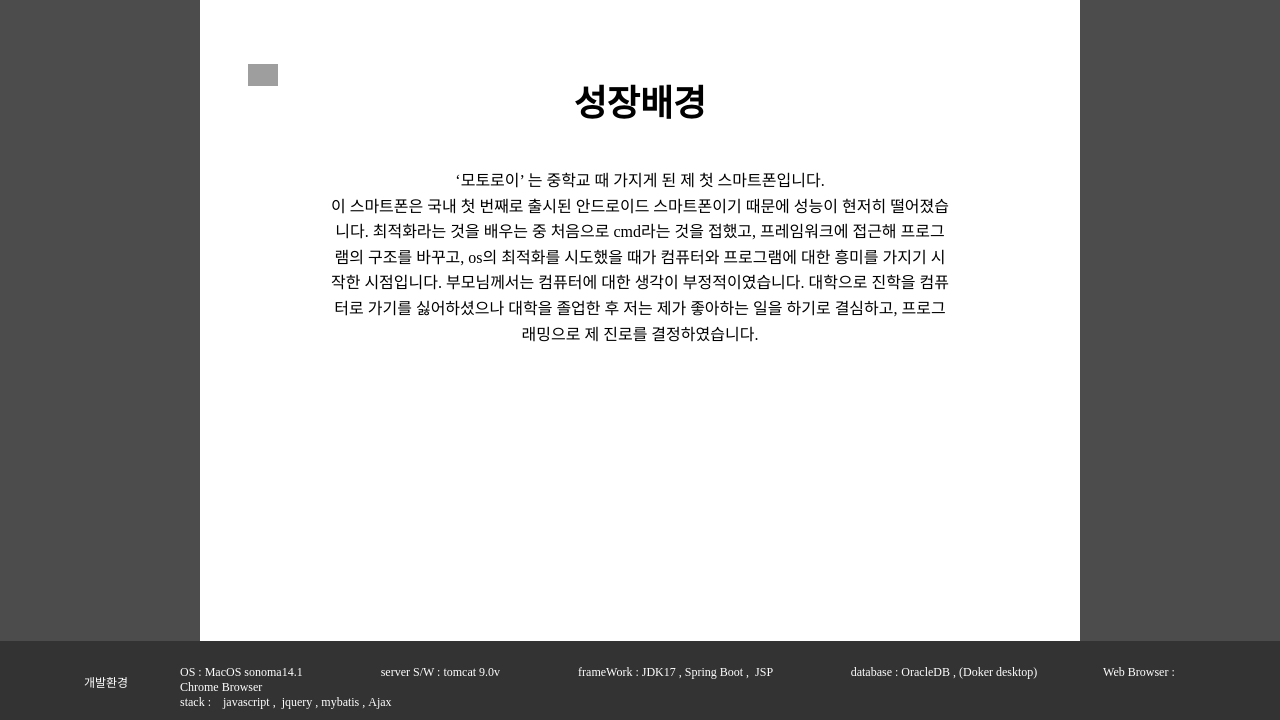
Repository: LeeHaNeul96/Leehaneul
Page: http://localhost/com.introduce/WEB-INF/views/more2.jsp
These files come from the project's save history. The page is drawn as it stood at one moment and after the next save; the edit follows.
The browser window is 1280 px wide. The pictures show the whole page.
Pictures or frames that could not be fetched are drawn as grey boxes. The page is served by Tomcat 9. Nobody is signed in. The template is opened directly, without the code that normally fills it, so the values that code supplies are empty.

Above is the page before, as saved 2023-10-31 10:20:32.
Console error: ReferenceError: $h2Elements is not defined

### com.introduce/src/main/webapp/WEB-INF/views/more2.jsp
<%@ page language="java" contentType="text/html; charset=UTF-8"
    pageEncoding="UTF-8"%>
<!DOCTYPE html>
<html>
<head>
<meta charset="UTF-8">
<title>Insert title here</title>
<script src="https://code.jquery.com/jquery-3.6.0.min.js"></script>

<style type="text/css">
.footer {
	text-align: center;
	padding: 2em 0;
	background-color: #333;
	color: #fff;
	position: fixed;
	bottom: 0;
	left: 0; /* 왼쪽 위치를 0으로 설정합니다. */
	height: 15px;
	width: 100%;
	margin: 0; /* 마진을 0으로 설정합니다. */
}

.footer-dev {
	font-size: 12px;
	text-align: left;
	padding-left: 7em;
}

.footer-content {
	position: absolute; /* 절대 위치 설정 */
	top: 1em; /* 위쪽으로 1em 이동 */
	padding: 1em 8em; /* 양 옆 여백을 설정합니다. */
	height: 200px;
}

.container{
margin-top: 3em;
margin-bottom: 10em;

text-align: center;


}
.left-margin {
 background-color: rgba(0, 0, 0, 0.7); /* 알파 값을 조절하여 투명도 설정 */

    height: 100%;
    width: 200px; /* 원하는 너비로 조절하세요. */
    position: fixed;
    top: 0;
    left: 0;
    z-index: -1;
}

/* 오른쪽 여백 스타일 */
.right-margin {
 background-color: rgba(0, 0, 0, 0.7); /* 알파 값을 조절하여 투명도 설정 */
    height: 100%;
    width: 200px; /* 원하는 너비로 조절하세요. */
    position: fixed;
    top: 0;
    right: 0;
    z-index: -1;
}

h1 {
    font-size: 36px; /* 예를 들어, 원하는 크기로 설정 */
    transition: font-size 1s; /* 글씨 크기 변경에 애니메이션 적용 (선택사항) */
}
h2{
margin-top: 0;

}

.content{
text-align: center;
margin-right: 20em;
margin-left: 20em;
line-height: 1.6;
}
</style>
</head>
<body>
<script>
$(function() {
    // 모든 h2 태그를 선택하여 배열로 저장합니다.
    var $h1Elements = $("h1");

    // 초기에 모든 h2 태그의 크기를 설정합니다.
    $h1Elements.css("font-size", "36px");

    // 1초(1000 밀리초)마다 h2 태그 배열을 순회하면서 글꼴 크기를 작게 설정합니다.
    var index = 0;
    var interval = setInterval(function() {
        if (index < $h2Elements.length) {
            $h2Elements.eq(index).css("font-size", "25px");
            index++;
        } else {
            clearInterval(interval); // 모든 h2 태그를 처리하면 setInterval을 멈춥니다.
        }
    }, 20); // 1초마다 실행
});
</script>


<div class="left-margin"></div>
<div class="right-margin"></div>

<a href="/main/view"><img style="width:30px; text-align:left; margin-left:15em; margin-top: 3em; margin-bottom: -4em;" alt="" src="/images/free-icon-go-back-left-arrow-61022.png"></a>
<div class="container">
<h1> 성장배경 </h1><br>
<div class="content">
‘모토로이’ 는 중학교 때 가지게 된 제 첫 스마트폰입니다.<br>
 이 스마트폰은 국내 첫 번째로 출시된 안드로이드 스마트폰이기 때문에 성능이 현저히 떨어졌습니다. 최적화라는 것을 배우는 중 처음으로 cmd라는 것을 접했고, 프레임워크에 접근해 프로그램의 구조를 바꾸고, os의 최적화를 시도했을 때가 컴퓨터와 프로그램에 대한 흥미를 가지기 시작한 시점입니다.
부모님께서는 컴퓨터에 대한 생각이 부정적이였습니다. 대학으로 진학을 컴퓨터로 가기를 싫어하셨으나 대학을 졸업한 후 저는 제가 좋아하는 일을 하기로 결심하고, 프로그래밍으로 제 진로를 결정하였습니다.
</div>
</div>



	<div class="footer">
		<div class="footer-dev">
			개발환경
			<div class="footer-content">
				OS : MacOS sonoma14.1
				&nbsp;&nbsp;&nbsp;&nbsp;&nbsp;&nbsp;&nbsp;&nbsp;&nbsp;&nbsp;&nbsp;&nbsp;&nbsp;&nbsp;&nbsp;&nbsp;&nbsp;&nbsp;&nbsp;&nbsp;&nbsp;&nbsp;&nbsp;&nbsp;
				server S/W : tomcat
				9.0v&nbsp;&nbsp;&nbsp;&nbsp;&nbsp;&nbsp;&nbsp;&nbsp;&nbsp;&nbsp;&nbsp;&nbsp;
				&nbsp;&nbsp;&nbsp;&nbsp;&nbsp;&nbsp;&nbsp;&nbsp;&nbsp;&nbsp;&nbsp;&nbsp;
				frameWork : JDK17&nbsp;,&nbsp;Spring Boot&nbsp;, &nbsp;JSP
				&nbsp;&nbsp;&nbsp;&nbsp;&nbsp;&nbsp;&nbsp;&nbsp;&nbsp;&nbsp;&nbsp;&nbsp;&nbsp;&nbsp;&nbsp;&nbsp;&nbsp;&nbsp;&nbsp;&nbsp;&nbsp;&nbsp;&nbsp;&nbsp;
				database : OracleDB&nbsp;,&nbsp;(Doker desktop)
				&nbsp;&nbsp;&nbsp;&nbsp;&nbsp;&nbsp;&nbsp;&nbsp;&nbsp;&nbsp;&nbsp;&nbsp;&nbsp;&nbsp;&nbsp;&nbsp;&nbsp;&nbsp;&nbsp;&nbsp;
				Web Browser : Chrome Browser<br> stack :&nbsp;&nbsp;&nbsp;
				javascript&nbsp;,&nbsp; jquery&nbsp;,&nbsp;mybatis&nbsp;,&nbsp;Ajax
			</div>
		</div>
	</div>
</body>
</html>

After the next save:
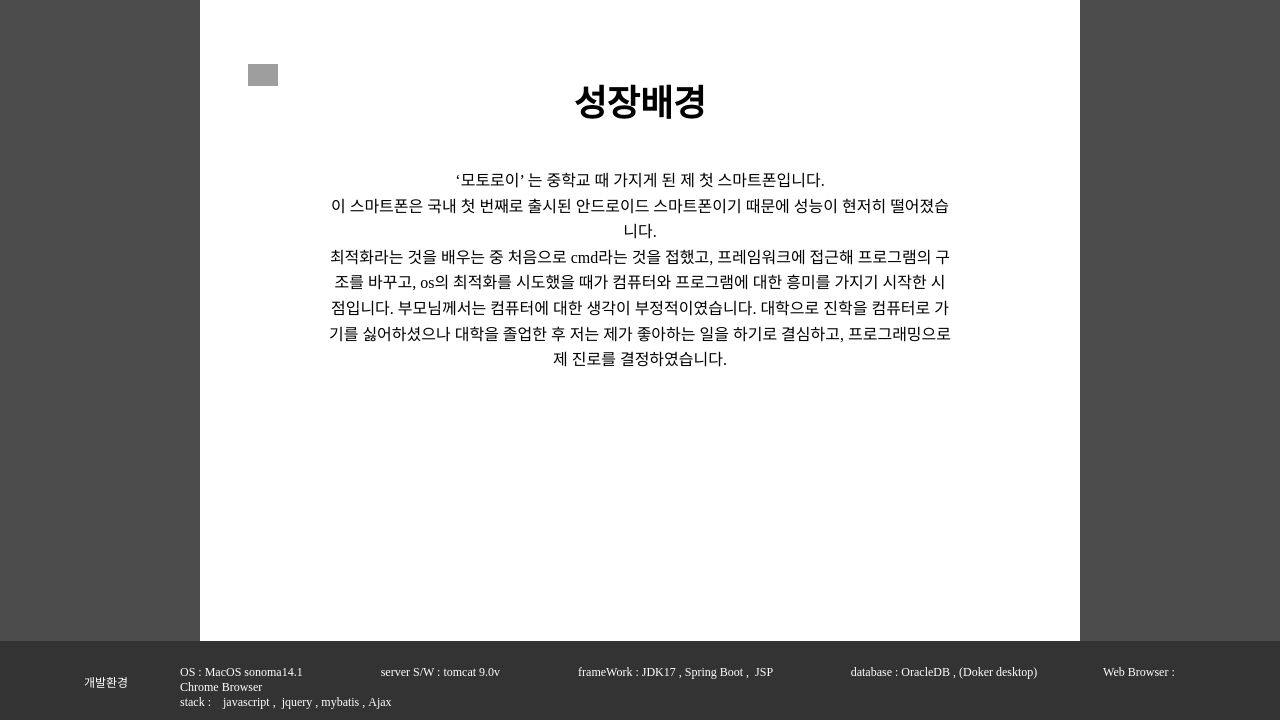
Saved 17 s later.
--- a/com.introduce/src/main/webapp/WEB-INF/views/more2.jsp
+++ b/com.introduce/src/main/webapp/WEB-INF/views/more2.jsp
@@ -112,7 +112,7 @@ $(function() {
 <h1> 성장배경 </h1><br>
 <div class="content">
 ‘모토로이’ 는 중학교 때 가지게 된 제 첫 스마트폰입니다.<br>
- 이 스마트폰은 국내 첫 번째로 출시된 안드로이드 스마트폰이기 때문에 성능이 현저히 떨어졌습니다. 최적화라는 것을 배우는 중 처음으로 cmd라는 것을 접했고, 프레임워크에 접근해 프로그램의 구조를 바꾸고, os의 최적화를 시도했을 때가 컴퓨터와 프로그램에 대한 흥미를 가지기 시작한 시점입니다.
+ 이 스마트폰은 국내 첫 번째로 출시된 안드로이드 스마트폰이기 때문에 성능이 현저히 떨어졌습니다. <br>최적화라는 것을 배우는 중 처음으로 cmd라는 것을 접했고, 프레임워크에 접근해 프로그램의 구조를 바꾸고, os의 최적화를 시도했을 때가 컴퓨터와 프로그램에 대한 흥미를 가지기 시작한 시점입니다.
 부모님께서는 컴퓨터에 대한 생각이 부정적이였습니다. 대학으로 진학을 컴퓨터로 가기를 싫어하셨으나 대학을 졸업한 후 저는 제가 좋아하는 일을 하기로 결심하고, 프로그래밍으로 제 진로를 결정하였습니다.
 </div>
 </div>
